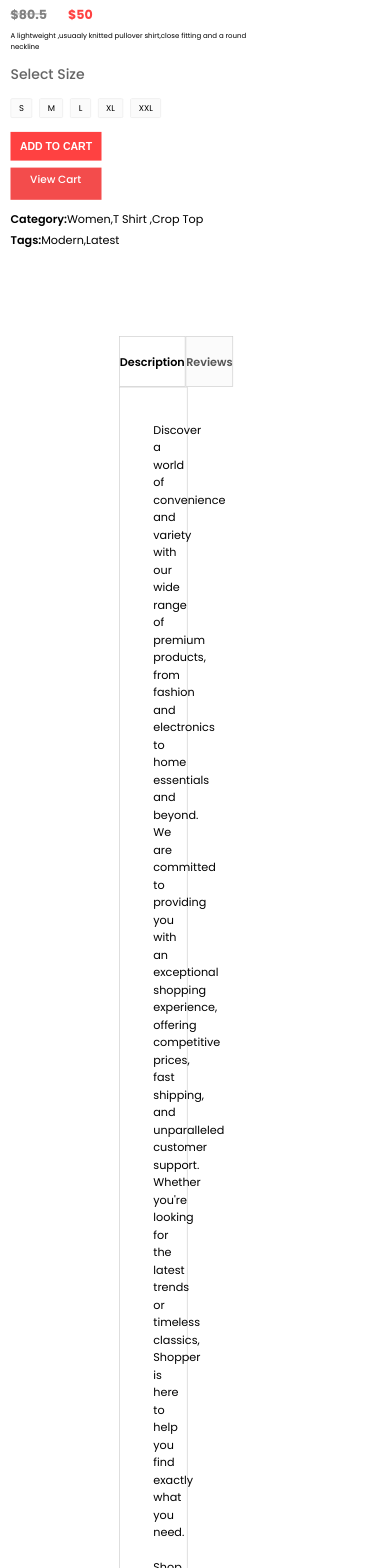
Repository: PayalJakhar/Shoppers-E-commerce-Website
Page: /product/1 (app in frontend/)
The author's editor kept a copy of each file at every save. The page is drawn from the files as they stood at one save, then again after the next save.
The browser window is 375 px wide. The page is 553 px wide, so the pictures cover 553 px, including what lies to the right of the window. The pictures show the part of the page from y = 598 to 2838 px (the page is 4461 px tall before and 4464 px after), at 70% of full size.
The project was rebuilt for these pictures with package versions that can differ from the ones it lists, and the page was loaded fresh each time. Also part of the build but not shown: frontend/src/App.css, frontend/src/Components/Hero/Hero.css, frontend/src/Components/Hero/Hero.jsx, frontend/src/Components/Popular/Popular.css, frontend/src/Components/Popular/Popular.jsx, frontend/src/Components/Offers/Offers.css, frontend/src/Components/Offers/Offers.jsx, frontend/src/Components/NewCollections/NewCollections.css and 12 more.

Above is the page before, as saved 2025-01-17 19:10:24.

After the next save:
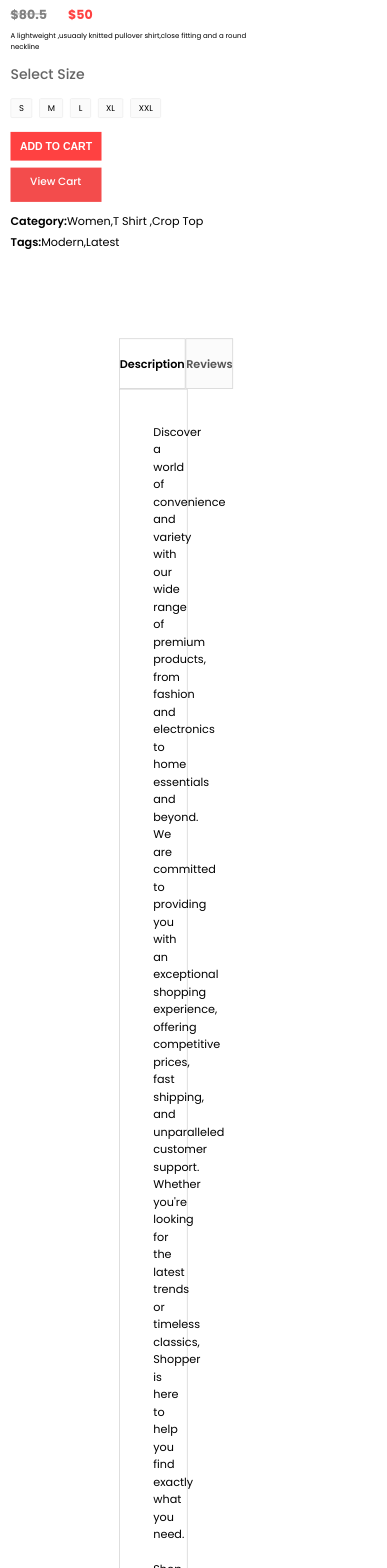
Saved 4 s later.
--- a/frontend/src/Components/ProductDisplay/ProductDisplay.css
+++ b/frontend/src/Components/ProductDisplay/ProductDisplay.css
@@ -399,6 +399,6 @@
             font-size: 15px;
             padding: 6px 0px;
             padding-left: 28px;
-            padding-top: 5px;
+            padding-top: 8px;
         }
 }
